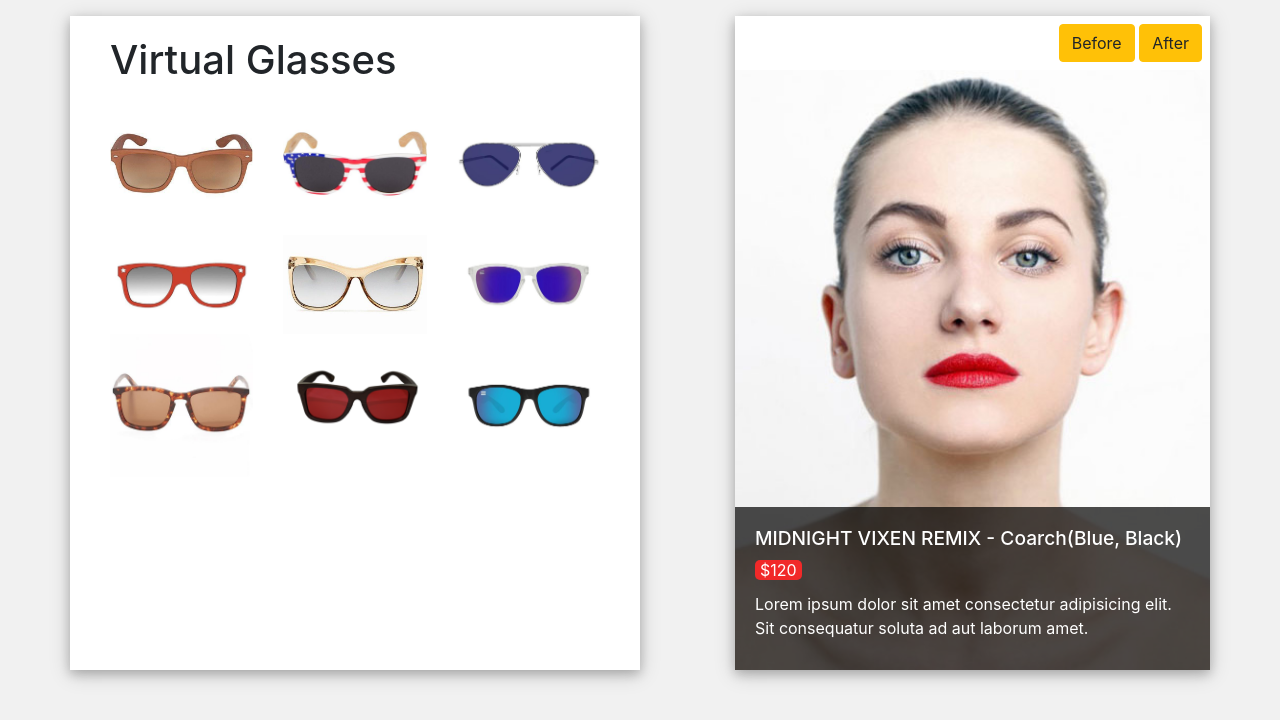
Repository: Khoi300399/BC35E_ES6_B2_MaThanhKhoi
Page: index.html
An editor plug-in stored every save of this project. The page is shown before and after the next save, followed by the edit.
The browser window is 1280 px wide. The pictures show the whole page.
After loading, the first visible `#btn1` was clicked once.

Above is the page before, as saved 2022-10-23 22:02:29.
Console error: ReferenceError: removeGlasses is not defined

### index.html
<!DOCTYPE html>
<html lang="en">
  <head>
    <title>Virtual Glasses</title>
    <!-- Required meta tags -->
    <meta charset="utf-8" />
    <meta
      name="viewport"
      content="width=device-width, initial-scale=1, shrink-to-fit=no"
    />

    <!-- Bootstrap CSS -->
    <link
      rel="stylesheet"
      href="https://stackpath.bootstrapcdn.com/bootstrap/4.3.1/css/bootstrap.min.css"
      integrity="sha384-ggOyR0iXCbMQv3Xipma34MD+dH/1fQ784/j6cY/iJTQUOhcWr7x9JvoRxT2MZw1T"
      crossorigin="anonymous"
    />

    <!-- Main CSS -->
    <link rel="stylesheet" href="./css/index.css" />
  </head>

  <body>
    <div class="container vglasses py-3">
      <div class="row justify-content-between">
        <div class="col-6 vglasses__left">
          <div class="row">
            <div class="col-12">
              <h1 class="mb-2">Virtual Glasses</h1>
            </div>
          </div>
          <div class="row" id="vglassesList"></div>
        </div>
        <div class="col-5 vglasses__right p-0">
          <div class="vglasses__card">
            <div class="mb-2 text-right mt-2 mr-2">
              <button
                id="btn1"
                class="btn btn-warning"
                onclick="removeGlasses(false)"
              >
                Before
              </button>
              <button
                id="btn2"
                class="btn btn-warning"
                onclick="removeGlasses(true)"
              >
                After
              </button>
            </div>
            <div class="vglasses__model" id="avatar"></div>
            <div id="glassesInfo" class="vglasses__info">
              <h3>MIDNIGHT VIXEN REMIX - Coarch(Blue, Black)</h3>
              <span>$120</span>
              <p>
                Lorem ipsum dolor sit amet consectetur adipisicing elit. Sit
                consequatur soluta ad aut laborum amet.
              </p>
            </div>
          </div>
        </div>
      </div>
    </div>

    <!-- Optional JavaScript -->
    <!-- jQuery first, then Popper.js, then Bootstrap JS -->
    <script
      src="https://code.jquery.com/jquery-3.4.1.js"
      integrity="sha256-WpOohJOqMqqyKL9FccASB9O0KwACQJpFTUBLTYOVvVU="
      crossorigin="anonymous"
    ></script>
    <!-- <script src="https://code.jquery.com/jquery-3.3.1.slim.min.js" integrity="sha384-q8i/X+965DzO0rT7abK41JStQIAqVgRVzpbzo5smXKp4YfRvH+8abtTE1Pi6jizo" crossorigin="anonymous"></script> -->
    <script
      src="https://cdnjs.cloudflare.com/ajax/libs/popper.js/1.14.7/umd/popper.min.js"
      integrity="sha384-UO2eT0CpHqdSJQ6hJty5KVphtPhzWj9WO1clHTMGa3JDZwrnQq4sF86dIHNDz0W1"
      crossorigin="anonymous"
    ></script>
    <script
      src="https://stackpath.bootstrapcdn.com/bootstrap/4.3.1/js/bootstrap.min.js"
      integrity="sha384-JjSmVgyd0p3pXB1rRibZUAYoIIy6OrQ6VrjIEaFf/nJGzIxFDsf4x0xIM+B07jRM"
      crossorigin="anonymous"
    ></script>

    <!-- MAIN JS -->
    <script type="module" src="./js/main.js"></script>
  </body>
</html>

### css/index.css
/* GLOBAL */
* {
  box-sizing: border-box;
}
body {
  background: #f1f1f1;
}

/* MAIN CSS */
.vglasses__left {
  background-color: white;
  padding: 20px 40px;
  box-shadow: 0 4px 10px 0 rgba(0, 0, 0, 0.2), 0 4px 20px 0 rgba(0, 0, 0, 0.19);
}
.vglasses__left .col-4 {
  align-self: center;
}
.vglasses__items {
  width: 50px;
  height: 50px;
}

.vglasses__left img {
  cursor: pointer;
  width: 100%;
  height: 100%;
}

.vglasses__right {
  box-shadow: 0 4px 10px 0 rgba(0, 0, 0, 0.2), 0 4px 20px 0 rgba(0, 0, 0, 0.19);
}

.vglasses__model {
  background-image: url("../img/model.jpg");
  background-position: center top;
  background-size: cover;
  height: 600px;
}

.vglasses__model img {
  position: absolute;
  top: 32%;
  left: 25%;
  width: 238px;
  height: 85px;
  opacity: 0.9;
}

.vglasses__card {
  position: relative;
  overflow: hidden;
  background-color: white;
}

.vglasses__info {
  position: absolute;
  bottom: 0;
  left: 0;
  background-color: rgba(0, 0, 0, 0.7);
  width: 100%;
  color: white;
  padding: 20px;
}

.vglasses__info h3 {
  font-size: 1.2rem;
}

.vglasses__info span {
  border-radius: 5px;
  padding: 0 5px;
  background-color: rgb(241, 41, 41);
}

.vglasses__info p {
  margin: 10px 0;
}

#glasses {
  transition: all 0.5s;
}

### js/main.js
let dataGlasses = [
  {
    id: "G1",
    src: "./img/g1.jpg",
    virtualImg: "./img/v1.png",
    brand: "Armani Exchange",
    name: "Bamboo wood",
    color: "Brown",
    price: 150,
    description:
      "Lorem ipsum dolor sit amet consectetur adipisicing elit. Nobis ea voluptates officiis? ",
  },
  {
    id: "G2",
    src: "./img/g2.jpg",
    virtualImg: "./img/v2.png",
    brand: "Arnette",
    name: "American flag",
    color: "American flag",
    price: 150,
    description:
      "Lorem ipsum dolor, sit amet consectetur adipisicing elit. In assumenda earum eaque doloremque, tempore distinctio.",
  },
  {
    id: "G3",
    src: "./img/g3.jpg",
    virtualImg: "./img/v3.png",
    brand: "Burberry",
    name: "Belt of Hippolyte",
    color: "Blue",
    price: 100,
    description: "Lorem ipsum dolor, sit amet consectetur adipisicing elit.",
  },
  {
    id: "G4",
    src: "./img/g4.jpg",
    virtualImg: "./img/v4.png",
    brand: "Coarch",
    name: "Cretan Bull",
    color: "Red",
    price: 100,
    description: "In assumenda earum eaque doloremque, tempore distinctio.",
  },
  {
    id: "G5",
    src: "./img/g5.jpg",
    virtualImg: "./img/v5.png",
    brand: "D&G",
    name: "JOYRIDE",
    color: "Gold",
    price: 180,
    description:
      "Lorem ipsum dolor, sit amet consectetur adipisicing elit. Error odio minima sit labore optio officia?",
  },
  {
    id: "G6",
    src: "./img/g6.jpg",
    virtualImg: "./img/v6.png",
    brand: "Polo",
    name: "NATTY ICE",
    color: "Blue, White",
    price: 120,
    description: "Lorem ipsum dolor, sit amet consectetur adipisicing elit.",
  },
  {
    id: "G7",
    src: "./img/g7.jpg",
    virtualImg: "./img/v7.png",
    brand: "Ralph",
    name: "TORTOISE",
    color: "Black, Yellow",
    price: 120,
    description:
      "Lorem ipsum dolor sit amet consectetur adipisicing elit. Enim sint nobis incidunt non voluptate quibusdam.",
  },
  {
    id: "G8",
    src: "./img/g8.jpg",
    virtualImg: "./img/v8.png",
    brand: "Polo",
    name: "NATTY ICE",
    color: "Red, Black",
    price: 120,
    description:
      "Lorem ipsum dolor sit amet consectetur adipisicing elit. Reprehenderit, unde enim.",
  },
  {
    id: "G9",
    src: "./img/g9.jpg",
    virtualImg: "./img/v9.png",
    brand: "Coarch",
    name: "MIDNIGHT VIXEN REMIX",
    color: "Blue, Black",
    price: 120,
    description:
      "Lorem ipsum dolor sit amet consectetur adipisicing elit. Sit consequatur soluta ad aut laborum amet.",
  },
];

(() => {
  let contentHTMl = dataGlasses.reduce((content, arr) => {
    return (content += `
<div class="col-4 .vglasses__items">
<img src="${arr.src}" onclick="clickImage('${arr.id}')"  alt="" />
</div>
`);
  }, "");
  document.querySelector("#vglassesList").innerHTML = contentHTMl;
})();

window.clickImage = (id) => {
  let value = dataGlasses.find((glasses) => glasses.id === id);
  let imgGlasses = `
    <img src="${value.virtualImg}" alt="" />
    `;

  let contentGlasses = `
  <h3>${value.name} - ${value.brand}(${value.color})</h3>
  <span>$${value.price}</span>
  <p>
  ${value.description}
  </p>
    `;
  document.querySelector("#avatar").innerHTML = imgGlasses;
  document.querySelector("#avatar img").style.opacity = 0.8;

  document.querySelector("#glassesInfo").innerHTML = contentGlasses;
  document.querySelector("#glassesInfo").style.display = "block";
};

// window.btnShowGlasses = (str) => {
//   console.log("value", str);
//   // let value = JSON.parse(str);
//   // let imgGlasses = `
//   //   <img src="${value.virtualImg}" alt="" />
//   //   `;
//   // let contentGlasses = `
//   // <h3>${value.name} - ${value.brand}(${value.color})</h3>
//   // <span>$${value.price}</span>
//   // <p>
//   // ${value.description}
//   // </p>
//   //   `;
//   // document.querySelector("#avatar").innerHTML = imgGlasses;
//   // document.querySelector("#avatar img").style.opacity = 0.8;

//   // document.querySelector("#glassesInfo").innerHTML = contentGlasses;
//   // document.querySelector("#glassesInfo").style.display = "block";
// };

// let removeGlasses = () => {
//   document.querySelector("#avatar img").style.opacity = 0;
//   document.querySelector("#glassesInfo").style.display = "none";
// };

// let addGlasses = () => {
//   document.querySelector("#avatar img").style.opacity = 0.8;
//   document.querySelector("#glassesInfo").style.display = "block";
// };

// window.onload = () => {
//   renderGlassesUI();
// };

After the next save:
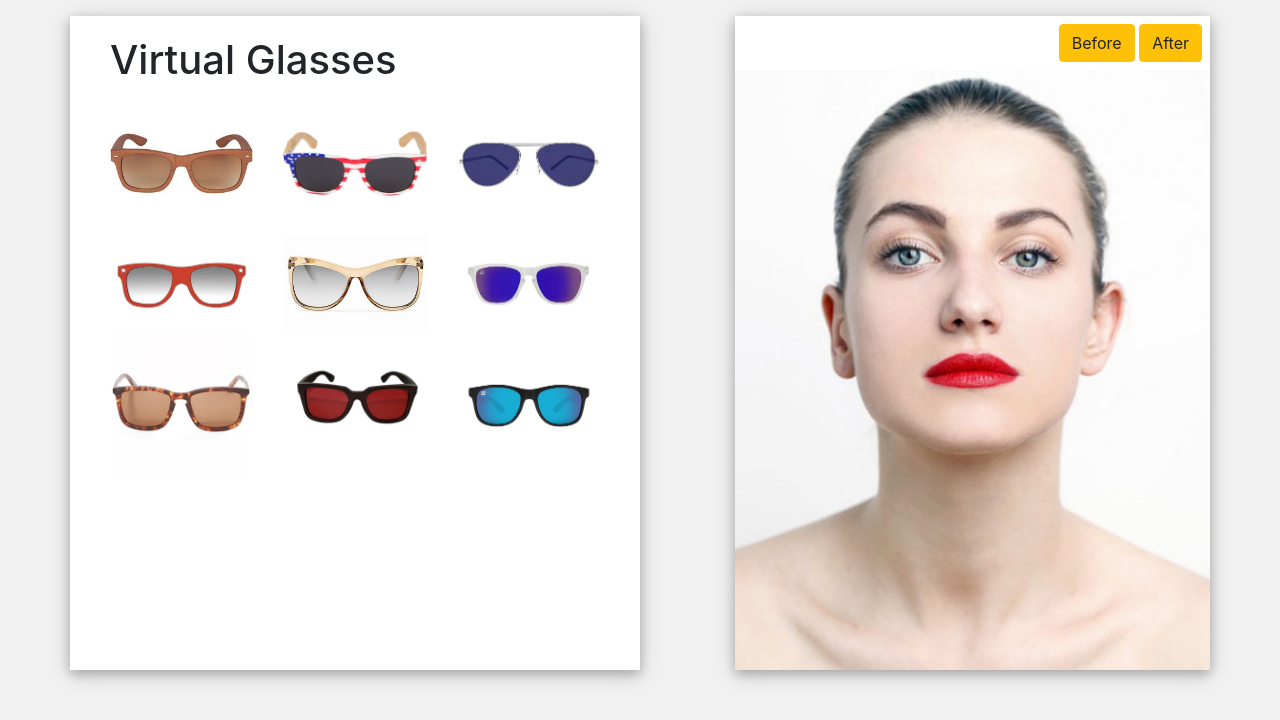
The error is gone.
Saved 5 min 4 s later.
--- a/js/main.js
+++ b/js/main.js
@@ -128,36 +128,9 @@ window.clickImage = (id) => {
   document.querySelector("#glassesInfo").style.display = "block";
 };
 
-// window.btnShowGlasses = (str) => {
-//   console.log("value", str);
-//   // let value = JSON.parse(str);
-//   // let imgGlasses = `
-//   //   <img src="${value.virtualImg}" alt="" />
-//   //   `;
-//   // let contentGlasses = `
-//   // <h3>${value.name} - ${value.brand}(${value.color})</h3>
-//   // <span>$${value.price}</span>
-//   // <p>
-//   // ${value.description}
-//   // </p>
-//   //   `;
-//   // document.querySelector("#avatar").innerHTML = imgGlasses;
-//   // document.querySelector("#avatar img").style.opacity = 0.8;
-
-//   // document.querySelector("#glassesInfo").innerHTML = contentGlasses;
-//   // document.querySelector("#glassesInfo").style.display = "block";
-// };
-
-// let removeGlasses = () => {
-//   document.querySelector("#avatar img").style.opacity = 0;
-//   document.querySelector("#glassesInfo").style.display = "none";
-// };
-
-// let addGlasses = () => {
-//   document.querySelector("#avatar img").style.opacity = 0.8;
-//   document.querySelector("#glassesInfo").style.display = "block";
-// };
-
-// window.onload = () => {
-//   renderGlassesUI();
-// };
+window.removeGlasses = (isValid) => {
+  if (isValid) {
+    document.querySelector("#glassesInfo").style.display = "block";
+  }
+  document.querySelector("#glassesInfo").style.display = "none";
+};
